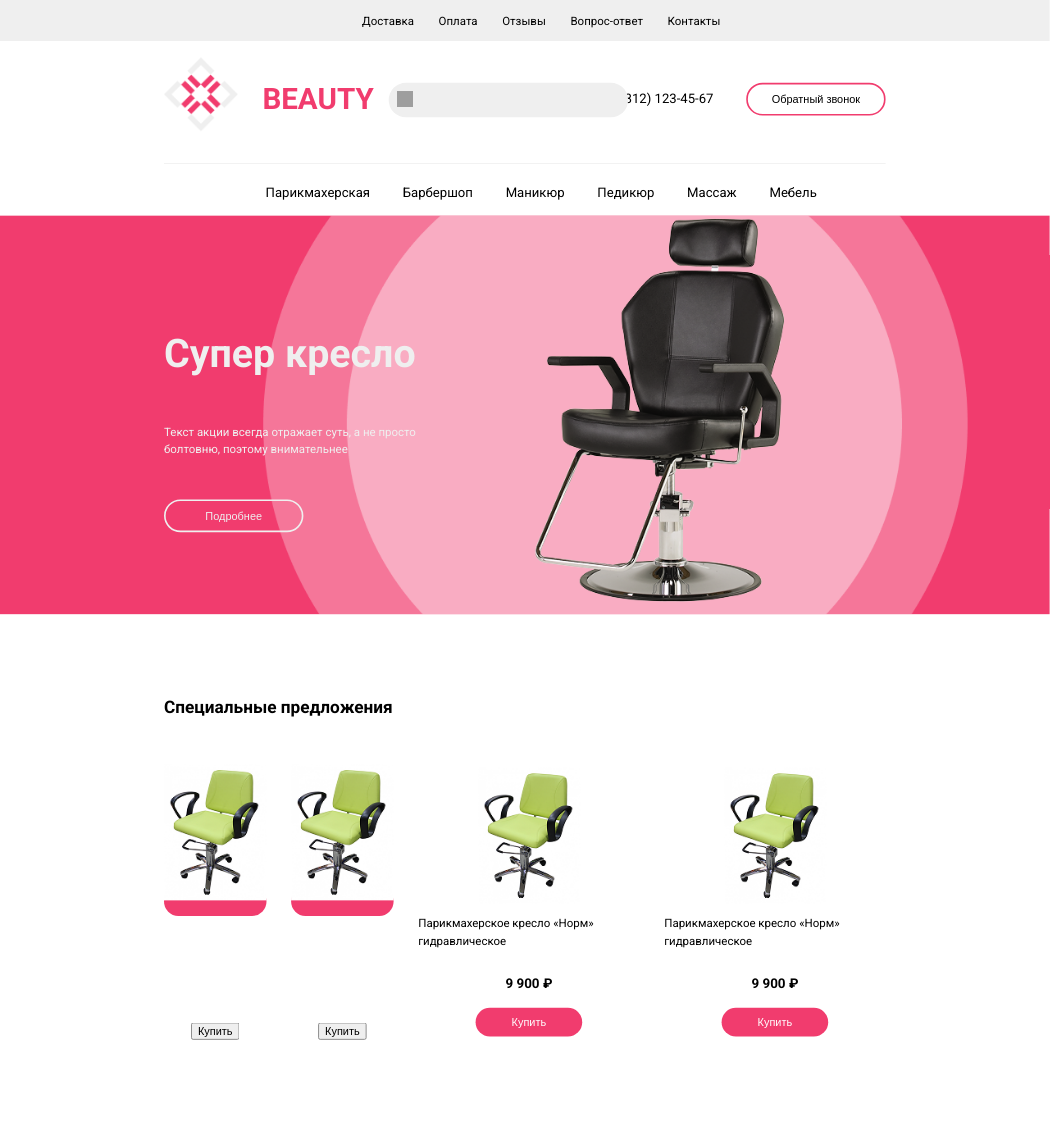
Repository: savannaaaas/verstka
Page: index.html
These files come from the project's save history. The page is drawn as it stood at one moment and after the next save; the edit follows.
The browser window is 1280 px wide. The pictures show the whole page, at 82% of full size.
Pictures or frames that could not be fetched are drawn as grey boxes. Some web fonts or font styles are not loaded; a fallback is used.

Above is the page before, as saved 2025-04-16 11:00:04.

After the next save:
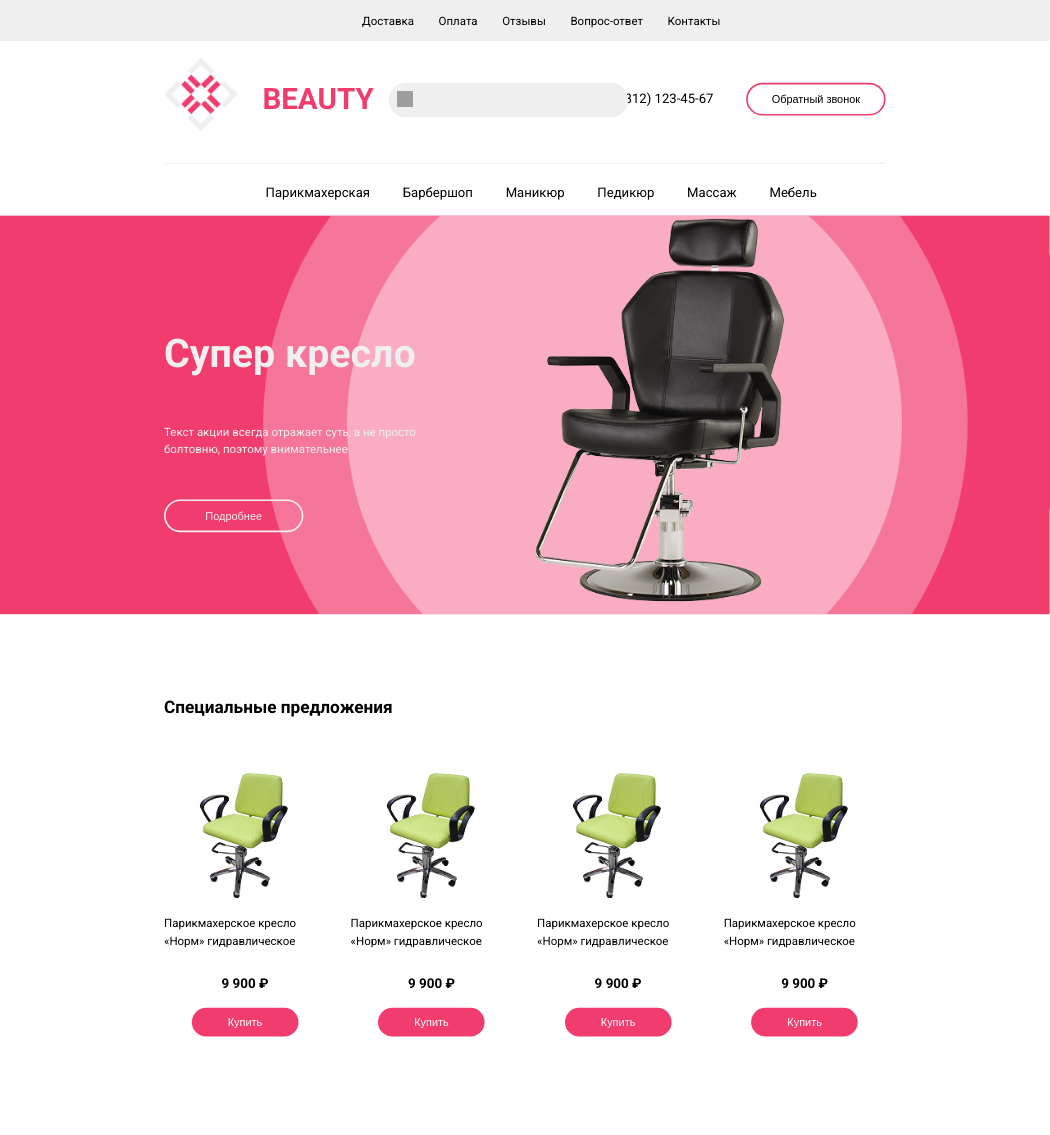
Saved 15 s later.
--- a/style.css
+++ b/style.css
@@ -185,7 +185,7 @@
     align-items: center;
     flex-direction: column;
    }
-   .armchair1, .armchair2, .armchair3 button, .armchair4 button{
+   .armchair1 button, .armchair2 button, .armchair3 button, .armchair4 button{
    width: 130px;
    height: 35px;
    border: none;
